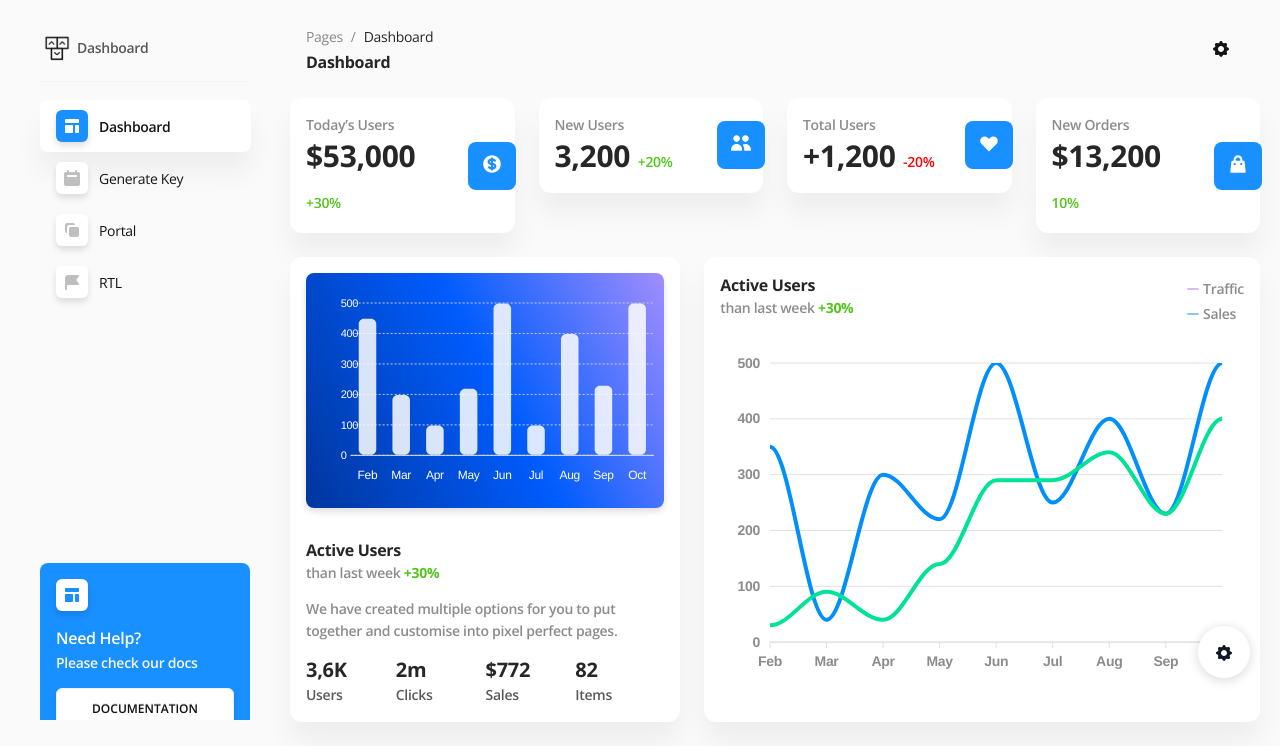
Repository: ahabalikhan/api-analytics-app-fe
Page: /
An editor plug-in stored every save of this project. The page is shown before and after the next save, followed by the edit.
The browser window is 1280 px wide. The pictures show the whole page.
The project was rebuilt for these pictures with package versions that can differ from the ones it lists, and the page was loaded fresh each time. Also part of the build but not shown: src/pages/Profile.js, src/components/layout/Footer.js. Imported but missing from the stored project, and not drawn on this page: src/pages/Billing, src/pages/Rtl, src/pages/Tables.

Above is the page before, as saved 2022-07-16 21:48:28.

### src/assets/styles/responsive.css
/*!
=========================================================
* Muse Ant Design Dashboard - v1.0.0
=========================================================
* Product Page: https://www.creative-tim.com/product/muse-ant-design-dashboard
* Copyright 2021 Creative Tim (https://www.creative-tim.com)
* Licensed under MIT (https://github.com/creativetimofficial/muse-ant-design-dashboard/blob/main/LICENSE.md)
* Coded by Creative Tim
=========================================================
* The above copyright notice and this permission notice shall be included in all copies or substantial portions of the Software.
*/
@media (min-width: 992px) {
  .layout-dashboard .ant-layout-footer {
    margin: 0 0 20px 20px;
  }
  .layout-dashboard .ant-layout-sider.sider-primary {
    margin: 20px 0 0 20px;
    padding: 13px 20px;
    height: calc(100vh - 20px);
  }
  .layout-dashboard .ant-layout {
    width: auto;
    flex-shrink: 1;
    margin-left: 270px;
  }
  .layout-dashboard .header-control .sidebar-toggler {
    display: none;
  }
}

@media (min-width: 768px) {
  .layout-dashboard .ant-layout-header {
    margin: 10px 20px;
  }
  .layout-dashboard .header-control {
    margin-top: 0;
  }
  .layout-dashboard .header-control .header-search {
    margin: 0 7px;
  }
  .layout-dashboard .header-control .btn-sign-in span {
    display: inline;
  }
  .profile-nav-bg {
    margin-top: -87.8px;
  }
  .card-profile-head {
    margin: -53px 24px 24px;
  }
}

@media (min-width: 992px) {
  .card-billing-info.ant-card .ant-card-body {
    display: flex;
  }
  .layout-dashboard-rtl {
    overflow: auto;
  }
  .layout-dashboard-rtl .ant-layout-sider.sider-primary {
    margin: 20px 20px 0 0;
    height: calc(100vh - 20px);
  }
  .layout-dashboard-rtl .ant-layout-sider.sider-primary {
    right: 0;
    left: auto;
  }
  .layout-dashboard-rtl .ant-layout-sider.sider-primary {
    right: 0;
    left: auto;
  }
  .layout-dashboard-rtl .ant-layout {
    margin-right: 270px;
    margin-left: 0;
  }
  .layout-dashboard-rtl .ant-layout-footer {
    margin: 0 20px 20px 0;
  }
}

@media (max-width: 768px) {
  .layout-dashboard.layout-dashboard-rtl .header-control {
    justify-content: flex-end;
  }
}

### src/components/layout/Header.js
import { useState, useEffect } from "react";

import {
  Row,
  Col,
  Breadcrumb,
  Badge,
  Dropdown,
  Button,
  List,
  Avatar,
  Input,
  Drawer,
  Typography,
  Switch,
} from "antd";

import {
  SearchOutlined,
  StarOutlined,
  TwitterOutlined,
  FacebookFilled,
} from "@ant-design/icons";

import { NavLink, Link } from "react-router-dom";
import styled from "styled-components";
import avtar from "../../assets/images/team-2.jpg";

const ButtonContainer = styled.div`
  .ant-btn-primary {
    background-color: #1890ff;
  }
  .ant-btn-success {
    background-color: #52c41a;
  }
  .ant-btn-yellow {
    background-color: #fadb14;
  }
  .ant-btn-black {
    background-color: #262626;
    color: #fff;
    border: 0px;
    border-radius: 5px;
  }
  .ant-switch-active {
    background-color: #1890ff;
  }
`;

const wifi = [
  <svg
    width="20"
    height="20"
    viewBox="0 0 107 107"
    version="1.1"
    xmlns="http://www.w3.org/2000/svg"
    key={0}
  >
    <g
      id="Page-1"
      stroke="none"
      stroke-width="1"
      fill="none"
      fillRule="evenodd"
    >
      <g id="logo-spotify" fill="#2EBD59" fillRule="nonzero">
        <path
          d="M53.5,0 C23.9517912,0 0,23.9517912 0,53.5 C0,83.0482088 23.9517912,107 53.5,107 C83.0482088,107 107,83.0482088 107,53.5 C107,23.9554418 83.0482088,0.00365063118 53.5,0 Z M78.0358922,77.1597407 C77.0757762,78.7368134 75.0204708,79.2296486 73.4506994,78.2695326 C60.8888775,70.5922552 45.0743432,68.8582054 26.4524736,73.1111907 C24.656363,73.523712 22.8675537,72.3993176 22.458683,70.6032071 C22.0461617,68.8070966 23.1669055,67.0182873 24.9666667,66.6094166 C45.3444899,61.9548618 62.8273627,63.9590583 76.9297509,72.5745479 C78.4995223,73.5419652 78.9996588,75.5899693 78.0358922,77.1597407 L78.0358922,77.1597407 Z M84.5814739,62.5973729 C83.373115,64.5614125 80.8030706,65.1747185 78.8426817,63.9700102 C64.4664961,55.1318321 42.5408052,52.5727397 25.5325145,57.7347322 C23.3275333,58.4027977 20.9984306,57.1579324 20.3267144,54.9566018 C19.6622996,52.7516206 20.9071648,50.4261685 23.1084954,49.7544524 C42.5371546,43.858683 66.6933811,46.7134766 83.2051859,56.8622313 C85.1692255,58.0705902 85.7898328,60.636984 84.5814739,62.5973729 Z M85.1436711,47.4253497 C67.8980894,37.1853292 39.4523712,36.2434664 22.9880246,41.2375299 C20.3449676,42.0406687 17.5485841,40.5475606 16.7490959,37.9045036 C15.9496076,35.2614466 17.4390652,32.4650631 20.0857728,31.6619243 C38.9850904,25.9267827 70.3987718,27.0329239 90.2509041,38.8171614 C92.627465,40.2299556 93.4087001,43.3001365 91.9995565,45.6730467 C90.5940635,48.0532583 87.5165814,48.838144 85.1436711,47.4253497 Z"
          id="Shape"
        ></path>
      </g>
    </g>
  </svg>,
];

const credit = [
  <svg
    width="20"
    height="20"
    viewBox="0 0 20 20"
    fill="none"
    xmlns="http://www.w3.org/2000/svg"
    key={0}
  >
    <path
      fill="#1890FF"
      d="M4 4C2.89543 4 2 4.89543 2 6V7H18V6C18 4.89543 17.1046 4 16 4H4Z"
    ></path>
    <path
      fill="#1890FF"
      fillRule="evenodd"
      clipRule="evenodd"
      d="M18 9H2V14C2 15.1046 2.89543 16 4 16H16C17.1046 16 18 15.1046 18 14V9ZM4 13C4 12.4477 4.44772 12 5 12H6C6.55228 12 7 12.4477 7 13C7 13.5523 6.55228 14 6 14H5C4.44772 14 4 13.5523 4 13ZM9 12C8.44772 12 8 12.4477 8 13C8 13.5523 8.44772 14 9 14H10C10.5523 14 11 13.5523 11 13C11 12.4477 10.5523 12 10 12H9Z"
    ></path>
  </svg>,
];

const clockicon = [
  <svg
    width="20"
    height="20"
    viewBox="0 0 20 20"
    fill="none"
    xmlns="http://www.w3.org/2000/svg"
    key={0}
  >
    <path
      fillRule="evenodd"
      clipRule="evenodd"
      d="M10 18C14.4183 18 18 14.4183 18 10C18 5.58172 14.4183 2 10 2C5.58172 2 2 5.58172 2 10C2 14.4183 5.58172 18 10 18ZM11 6C11 5.44772 10.5523 5 10 5C9.44772 5 9 5.44772 9 6V10C9 10.2652 9.10536 10.5196 9.29289 10.7071L12.1213 13.5355C12.5118 13.9261 13.145 13.9261 13.5355 13.5355C13.9261 13.145 13.9261 12.5118 13.5355 12.1213L11 9.58579V6Z"
      fill="#111827"
    ></path>
  </svg>,
];

const data = [
  {
    title: "New message from Sophie",
    description: <>{clockicon} 2 days ago</>,

    avatar: avtar,
  },
  {
    title: "New album by Travis Scott",
    description: <>{clockicon} 2 days ago</>,

    avatar: <Avatar shape="square">{wifi}</Avatar>,
  },
  {
    title: "Payment completed",
    description: <>{clockicon} 2 days ago</>,
    avatar: <Avatar shape="square">{credit}</Avatar>,
  },
];


const logsetting = [
  <svg
    width="20"
    height="20"
    viewBox="0 0 20 20"
    fill="none"
    xmlns="http://www.w3.org/2000/svg"
    key={0}
  >
    <path
      fillRule="evenodd"
      clipRule="evenodd"
      d="M11.4892 3.17094C11.1102 1.60969 8.8898 1.60969 8.51078 3.17094C8.26594 4.17949 7.11045 4.65811 6.22416 4.11809C4.85218 3.28212 3.28212 4.85218 4.11809 6.22416C4.65811 7.11045 4.17949 8.26593 3.17094 8.51078C1.60969 8.8898 1.60969 11.1102 3.17094 11.4892C4.17949 11.7341 4.65811 12.8896 4.11809 13.7758C3.28212 15.1478 4.85218 16.7179 6.22417 15.8819C7.11045 15.3419 8.26594 15.8205 8.51078 16.8291C8.8898 18.3903 11.1102 18.3903 11.4892 16.8291C11.7341 15.8205 12.8896 15.3419 13.7758 15.8819C15.1478 16.7179 16.7179 15.1478 15.8819 13.7758C15.3419 12.8896 15.8205 11.7341 16.8291 11.4892C18.3903 11.1102 18.3903 8.8898 16.8291 8.51078C15.8205 8.26593 15.3419 7.11045 15.8819 6.22416C16.7179 4.85218 15.1478 3.28212 13.7758 4.11809C12.8896 4.65811 11.7341 4.17949 11.4892 3.17094ZM10 13C11.6569 13 13 11.6569 13 10C13 8.34315 11.6569 7 10 7C8.34315 7 7 8.34315 7 10C7 11.6569 8.34315 13 10 13Z"
      fill="#111827"
    ></path>
  </svg>,
];


const toggler = [
  <svg
    width="20"
    height="20"
    xmlns="http://www.w3.org/2000/svg"
    viewBox="0 0 448 512"
    key={0}
  >
    <path d="M16 132h416c8.837 0 16-7.163 16-16V76c0-8.837-7.163-16-16-16H16C7.163 60 0 67.163 0 76v40c0 8.837 7.163 16 16 16zm0 160h416c8.837 0 16-7.163 16-16v-40c0-8.837-7.163-16-16-16H16c-8.837 0-16 7.163-16 16v40c0 8.837 7.163 16 16 16zm0 160h416c8.837 0 16-7.163 16-16v-40c0-8.837-7.163-16-16-16H16c-8.837 0-16 7.163-16 16v40c0 8.837 7.163 16 16 16z"></path>
  </svg>,
];

const setting = [
  <svg
    width="20"
    height="20"
    viewBox="0 0 20 20"
    fill="none"
    xmlns="http://www.w3.org/2000/svg"
    key={0}
  >
    <path
      fillRule="evenodd"
      clipRule="evenodd"
      d="M11.4892 3.17094C11.1102 1.60969 8.8898 1.60969 8.51078 3.17094C8.26594 4.17949 7.11045 4.65811 6.22416 4.11809C4.85218 3.28212 3.28212 4.85218 4.11809 6.22416C4.65811 7.11045 4.17949 8.26593 3.17094 8.51078C1.60969 8.8898 1.60969 11.1102 3.17094 11.4892C4.17949 11.7341 4.65811 12.8896 4.11809 13.7758C3.28212 15.1478 4.85218 16.7179 6.22417 15.8819C7.11045 15.3419 8.26594 15.8205 8.51078 16.8291C8.8898 18.3903 11.1102 18.3903 11.4892 16.8291C11.7341 15.8205 12.8896 15.3419 13.7758 15.8819C15.1478 16.7179 16.7179 15.1478 15.8819 13.7758C15.3419 12.8896 15.8205 11.7341 16.8291 11.4892C18.3903 11.1102 18.3903 8.8898 16.8291 8.51078C15.8205 8.26593 15.3419 7.11045 15.8819 6.22416C16.7179 4.85218 15.1478 3.28212 13.7758 4.11809C12.8896 4.65811 11.7341 4.17949 11.4892 3.17094ZM10 13C11.6569 13 13 11.6569 13 10C13 8.34315 11.6569 7 10 7C8.34315 7 7 8.34315 7 10C7 11.6569 8.34315 13 10 13Z"
      fill="#111827"
    ></path>
  </svg>,
];

function Header({
  placement,
  name,
  subName,
  onPress,
  handleSidenavColor,
  handleSidenavType,
  handleFixedNavbar,
}) {
  const { Title, Text } = Typography;

  const [visible, setVisible] = useState(false);
  const [sidenavType, setSidenavType] = useState("transparent");

  useEffect(() => window.scrollTo(0, 0));

  const showDrawer = () => setVisible(true);
  const hideDrawer = () => setVisible(false);

  return (
    <>
      <div className="setting-drwer" onClick={showDrawer}>
        {setting}
      </div>
      <Row gutter={[24, 0]}>
        <Col span={24} md={6}>
          <Breadcrumb>
            <Breadcrumb.Item>
              <NavLink to="/">Pages</NavLink>
            </Breadcrumb.Item>
            <Breadcrumb.Item style={{ textTransform: "capitalize" }}>
              {name.replace("/", "")}
            </Breadcrumb.Item>
          </Breadcrumb>
          <div className="ant-page-header-heading">
            <span
              className="ant-page-header-heading-title"
              style={{ textTransform: "capitalize" }}
            >
              {subName.replace("/", "")}
            </span>
          </div>
        </Col>
        <Col span={24} md={18} className="header-control">
          <Button type="link" onClick={showDrawer}>
            {logsetting}
          </Button>
          <Button
            type="link"
            className="sidebar-toggler"
            onClick={() => onPress()}
          >
            {toggler}
          </Button>
          <Drawer
            className="settings-drawer"
            mask={true}
            width={360}
            onClose={hideDrawer}
            placement={placement}
            visible={visible}
          >
            <div layout="vertical">
              <div className="header-top">
                <Title level={4}>
                  Configurator
                  <Text className="subtitle">See our dashboard options.</Text>
                </Title>
              </div>

              <div className="sidebar-color">
                <Title level={5}>Sidebar Color</Title>
                <div className="theme-color mb-2">
                  <ButtonContainer>
                    <Button
                      type="primary"
                      onClick={() => handleSidenavColor("#1890ff")}
                    >
                      1
                    </Button>
                    <Button
                      type="success"
                      onClick={() => handleSidenavColor("#52c41a")}
                    >
                      1
                    </Button>
                    <Button
                      type="danger"
                      onClick={() => handleSidenavColor("#d9363e")}
                    >
                      1
                    </Button>
                    <Button
                      type="yellow"
                      onClick={() => handleSidenavColor("#fadb14")}
                    >
                      1
                    </Button>

                    <Button
                      type="black"
                      onClick={() => handleSidenavColor("#111")}
                    >
                      1
                    </Button>
                  </ButtonContainer>
                </div>

                <div className="sidebarnav-color mb-2">
                  <Title level={5}>Sidenav Type</Title>
                  <Text>Choose between 2 different sidenav types.</Text>
                  <ButtonContainer className="trans">
                    <Button
                      type={sidenavType === "transparent" ? "primary" : "white"}
                      onClick={() => {
                        handleSidenavType("transparent");
                        setSidenavType("transparent");
                      }}
                    >
                      TRANSPARENT
                    </Button>
                    <Button
                      type={sidenavType === "white" ? "primary" : "white"}
                      onClick={() => {
                        handleSidenavType("#fff");
                        setSidenavType("white");
                      }}
                    >
                      WHITE
                    </Button>
                  </ButtonContainer>
                </div>
                <div className="fixed-nav mb-2">
                  <Title level={5}>Navbar Fixed </Title>
                  <Switch onChange={(e) => handleFixedNavbar(e)} />
                </div>
                <div className="ant-docment">
                  <ButtonContainer>
                    <Button type="black" size="large">VIEW DOCUMENTATION</Button>
                  </ButtonContainer>
                </div>
              </div>
            </div>
          </Drawer>
          {/* <Link to="/sign-in" className="btn-sign-in">
            {profile}
            <span>Generate Key</span>
          </Link> */}
        </Col>
      </Row>
    </>
  );
}

export default Header;

Loaded but not shown: public/index.html (common file); src/index.js (common file); src/pages/Home.js (487 lines, source omitted); src/pages/SignIn.js (200 lines, source omitted); src/pages/Portal.js (171 lines, source omitted); src/components/layout/Sidenav.js (157 lines, source omitted); src/components/layout/Main.js (118 lines, source omitted); src/components/chart/EChart.js (74 lines, source omitted); src/components/chart/configs/eChart.js (106 lines, source omitted); src/components/chart/LineChart.js (50 lines, source omitted); src/components/chart/configs/lineChart.js (87 lines, source omitted); src/App.js (33 lines, source omitted); src/assets/styles/main.css (3043 lines, source omitted)

After the next save:
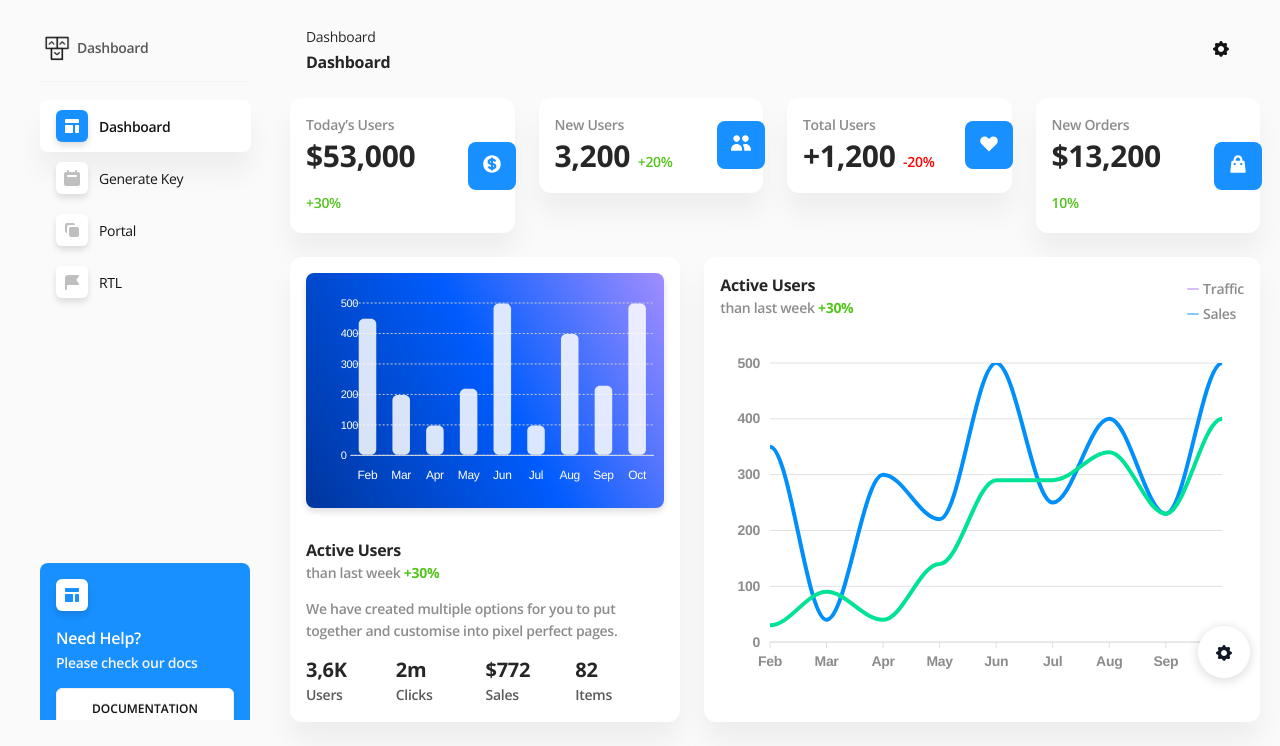
Saved 28 s later.
--- a/src/components/layout/Header.js
+++ b/src/components/layout/Header.js
@@ -210,9 +210,6 @@
       <Row gutter={[24, 0]}>
         <Col span={24} md={6}>
           <Breadcrumb>
-            <Breadcrumb.Item>
-              <NavLink to="/">Pages</NavLink>
-            </Breadcrumb.Item>
             <Breadcrumb.Item style={{ textTransform: "capitalize" }}>
               {name.replace("/", "")}
             </Breadcrumb.Item>
